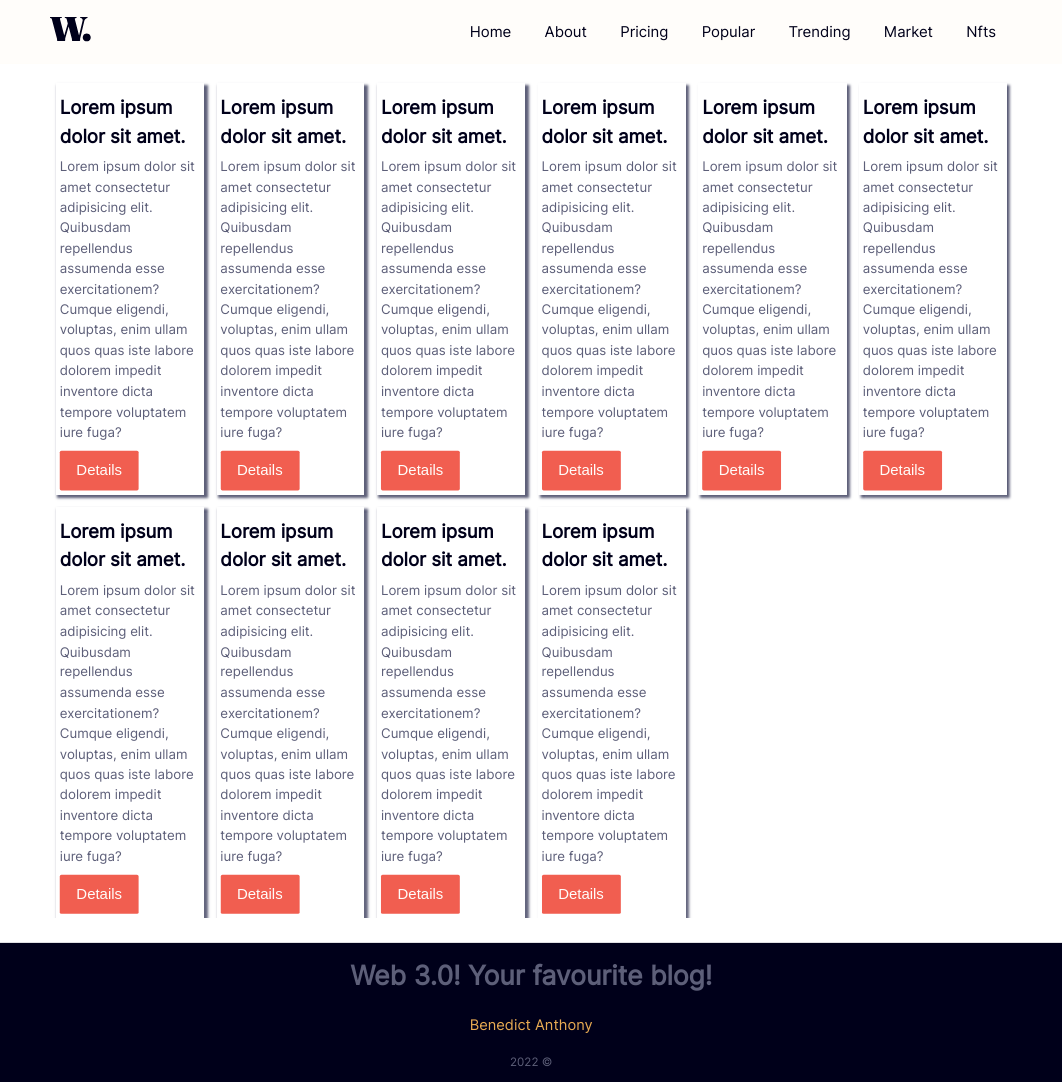
Repository: Benedict-Anthony/web3.0-blog-chain
Page: /market
These files come from the project's save history. The page is drawn as it stood at one moment and after the next save; the edit follows.
The browser window is 1280 px wide. The pictures show the whole page, at 83% of full size.
The project was rebuilt for these pictures with package versions that can differ from the ones it lists, and the page was loaded fresh each time. The framework's server and built-in components were replaced by stand-ins that run in the browser. Also part of the build but not shown: next.config.js, styles/styles.css.

Above is the page before, as saved 2022-12-22 05:44:33.

After the next save:
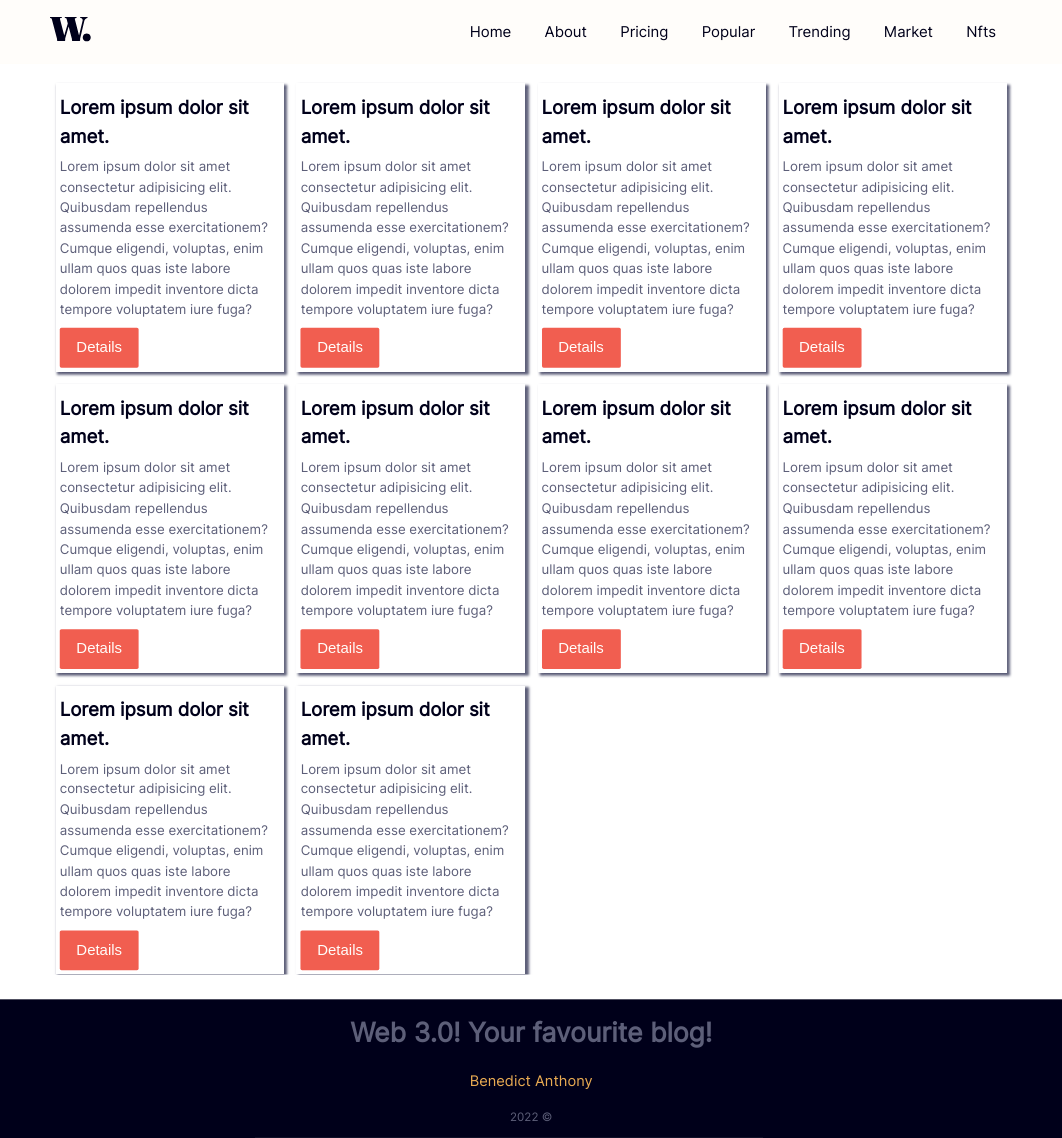
Saved 8 s later.
--- a/styles/Market.module.scss
+++ b/styles/Market.module.scss
@@ -1,7 +1,7 @@
 .section{
     margin-top: 20px;
     display: grid;
-    grid-template-columns: repeat(auto-fit, minmax(10rem, 1fr));
+    grid-template-columns: repeat(auto-fit, minmax(14rem, 1fr));
     justify-content: center;
     align-items: center;
     gap: 15px;
